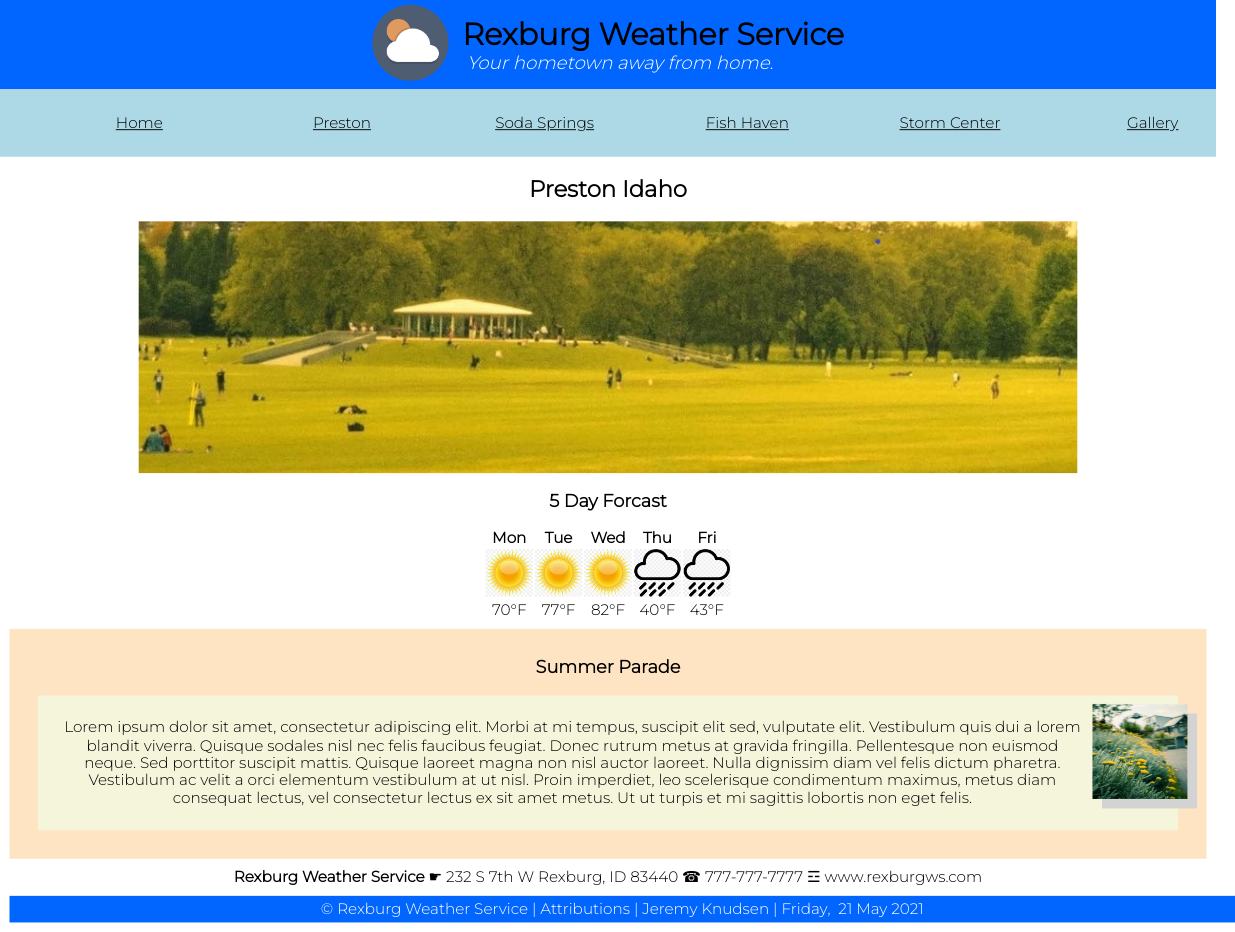
Repository: jknudsen97/jknudsen97.github.io
Page: lesson05/preston-5.html
An editor plug-in stored every save of this project. The page is shown before and after the next save, followed by the edit.
The browser window is 1280 px wide. The page is 1300 px wide, so the pictures cover 1300 px, including what lies to the right of the window. The pictures show the whole page, at 95% of full size.

Above is the page before, as saved 2021-05-22 16:24:49.

After the next save:
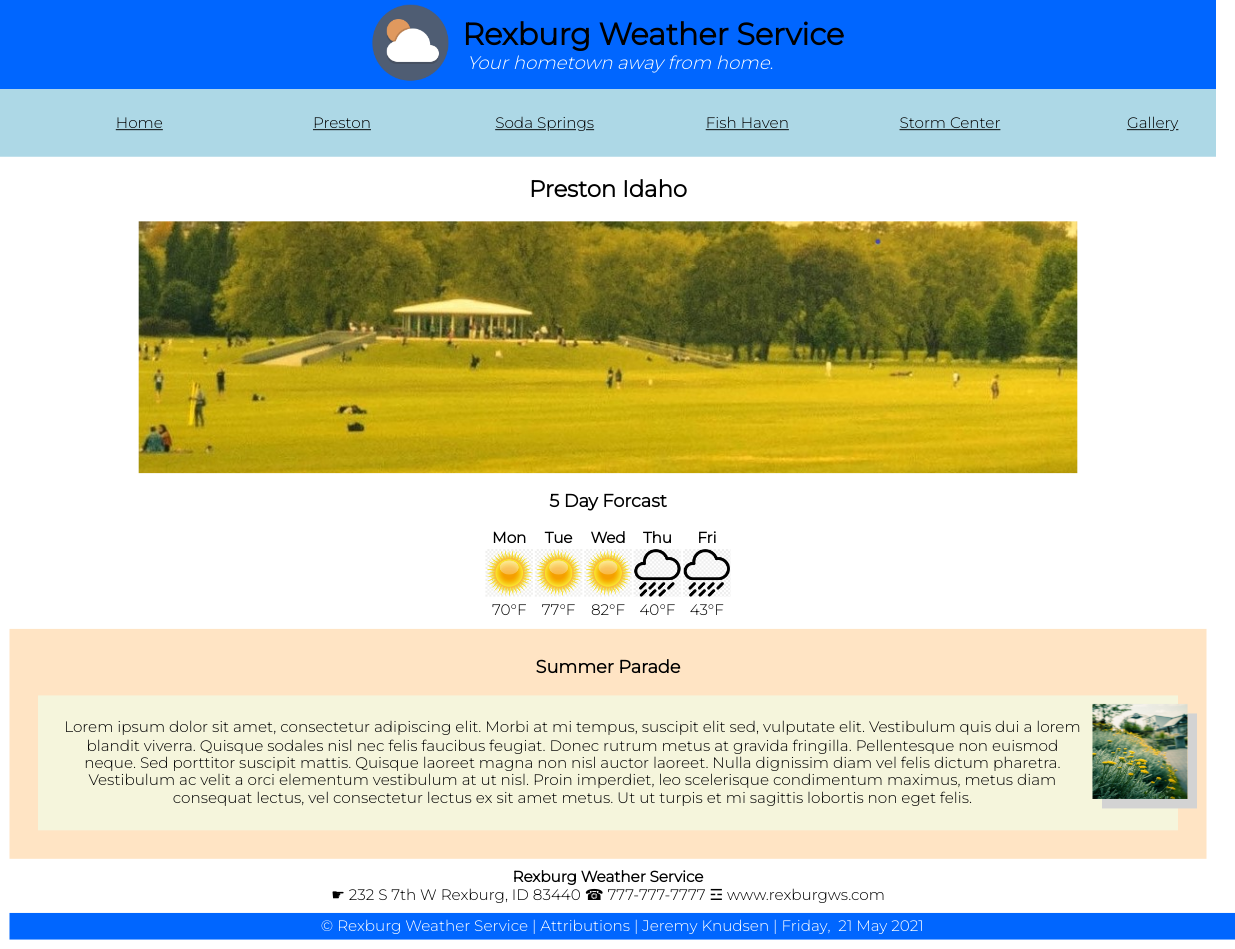
Saved 37 s later.
--- a/lesson05/css/main.css
+++ b/lesson05/css/main.css
@@ -180,5 +180,5 @@ footer {
 }
 
 .contact{
-    display: block;
+    display: grid;
 }
